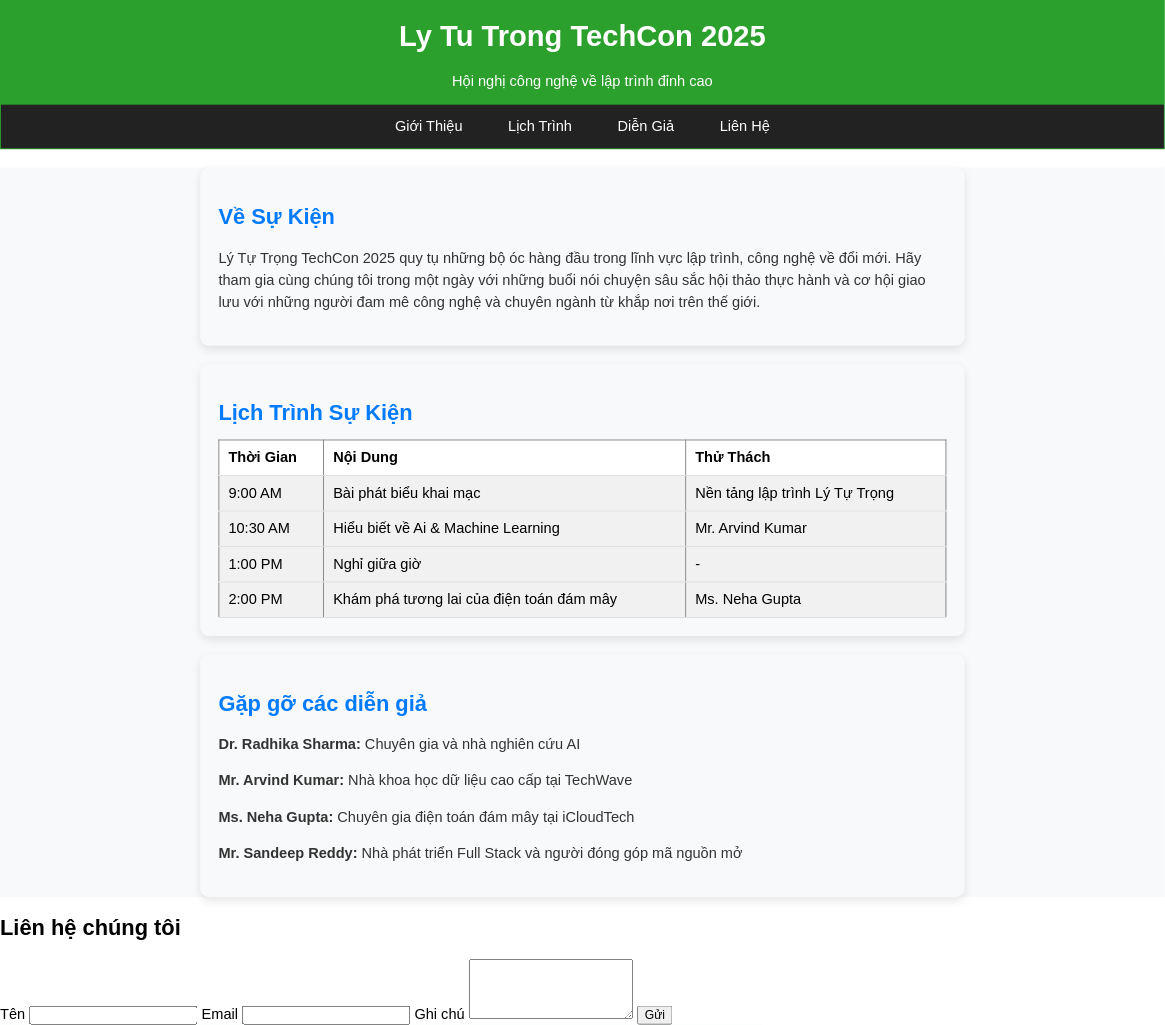
Repository: NhatMinh121/BaiTapVeNha1
Page: index.html
The author's editor kept a copy of each file at every save. The page is drawn from the files as they stood at one save, then again after the next save.
The browser window is 1280 px wide. The pictures show the whole page, at 91% of full size.

Above is the page before, as saved 2025-03-28 23:14:03.

After the next save:
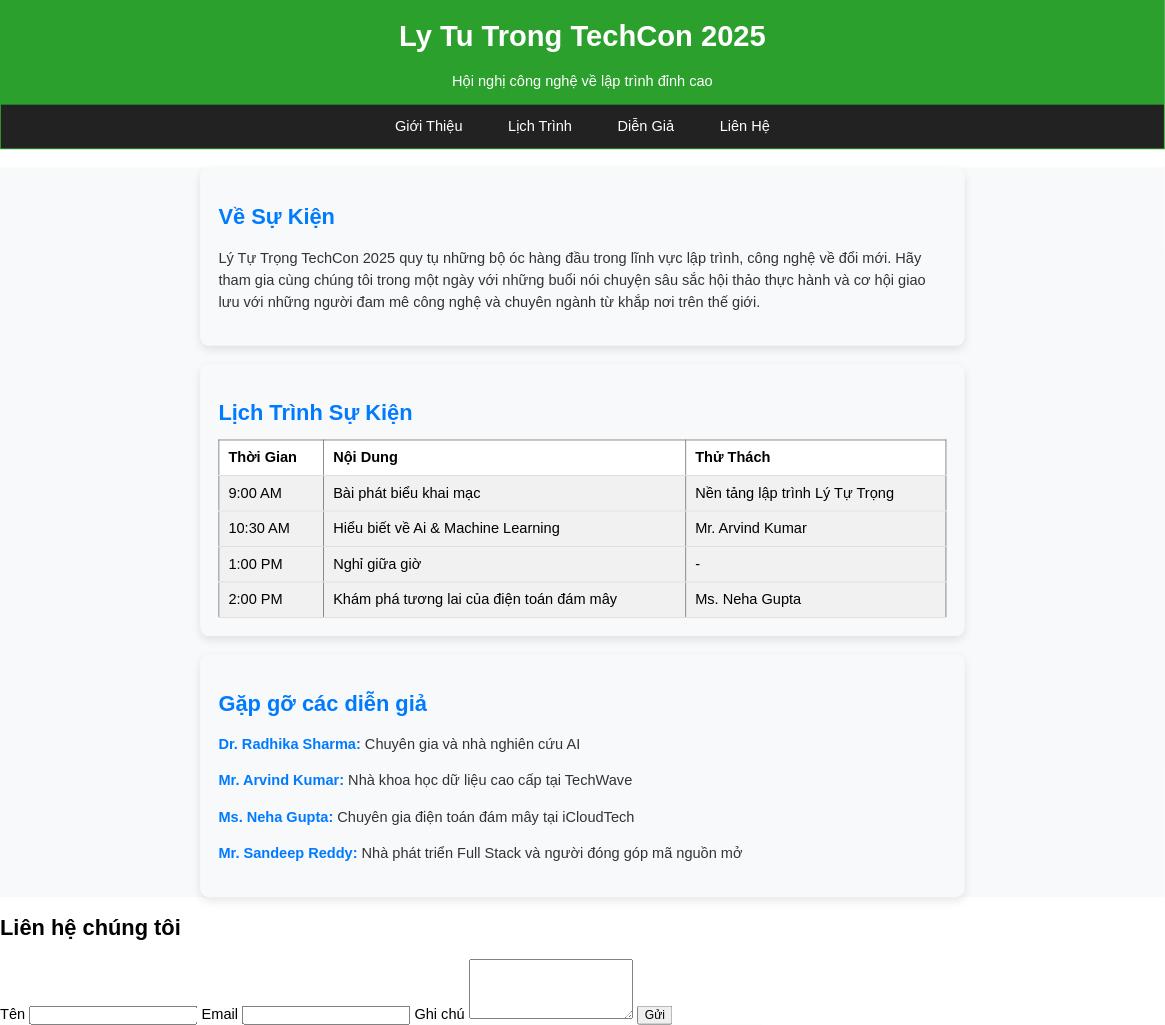
Saved 70 s later.
--- a/style.css
+++ b/style.css
@@ -128,3 +128,7 @@
     line-height: 1.5;
     color: #333;
 }
+
+.Meeting strong {
+    color: #007bff;
+}
